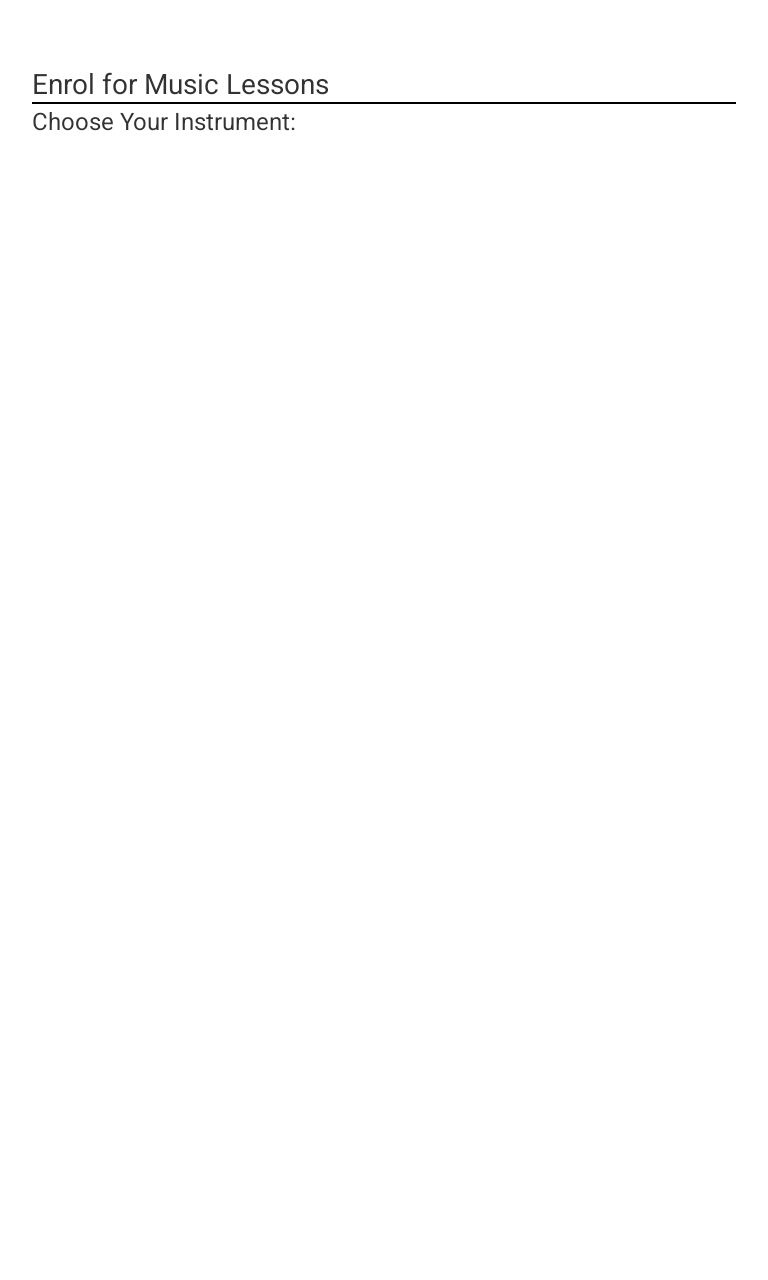
Repository: sam-stewart/in721
Layout: ComplexControls/res/layout/activity_main.xml
An editor plug-in stored every save of this project. The layout is shown before and after the next save, followed by the edit.
It is drawn on a 768 x 1280 px phone screen (xhdpi) without system bars, with theme AppTheme; the app's code is not run.

Above is the layout before, as saved 2015-03-04 08:40:57.

### ComplexControls/res/layout/activity_main.xml
<RelativeLayout xmlns:android="http://schemas.android.com/apk/res/android"
    xmlns:tools="http://schemas.android.com/tools"
    android:layout_width="match_parent"
    android:layout_height="match_parent"
    android:paddingBottom="@dimen/activity_vertical_margin"
    android:paddingLeft="@dimen/activity_horizontal_margin"
    android:paddingRight="@dimen/activity_horizontal_margin"
    android:paddingTop="@dimen/activity_vertical_margin"
    tools:context="bit.stewasc3.complexcontrols.MainActivity" >

    <TextView
        android:id="@+id/txtViewEnrol"
        android:layout_width="wrap_content"
        android:layout_height="wrap_content"
        android:layout_marginTop="16dp"
        android:text="Enrol for Music Lessons" />

    <View
        android:id="@+id/view1"
        android:layout_width="fill_parent"
        android:layout_height="1dp"
        android:layout_alignLeft="@+id/txtViewEnrol"
        android:layout_below="@+id/txtViewEnrol"
        android:background="#000000" />

    <TextView
        android:id="@+id/textView1"
        android:layout_width="wrap_content"
        android:layout_height="wrap_content"
        android:layout_below="@+id/view1"
        android:text="Choose Your Instrument:"
        android:textSize="12dp" />

</RelativeLayout>

Loaded but not shown: ComplexControls/res/values/styles.xml (common file); ComplexControls/res/values-v11/styles.xml (common file); ComplexControls/res/values-v14/styles.xml (common file); ComplexControls/res/values/dimens.xml (common file); ComplexControls/res/values-w820dp/dimens.xml (common file)

After the next save:
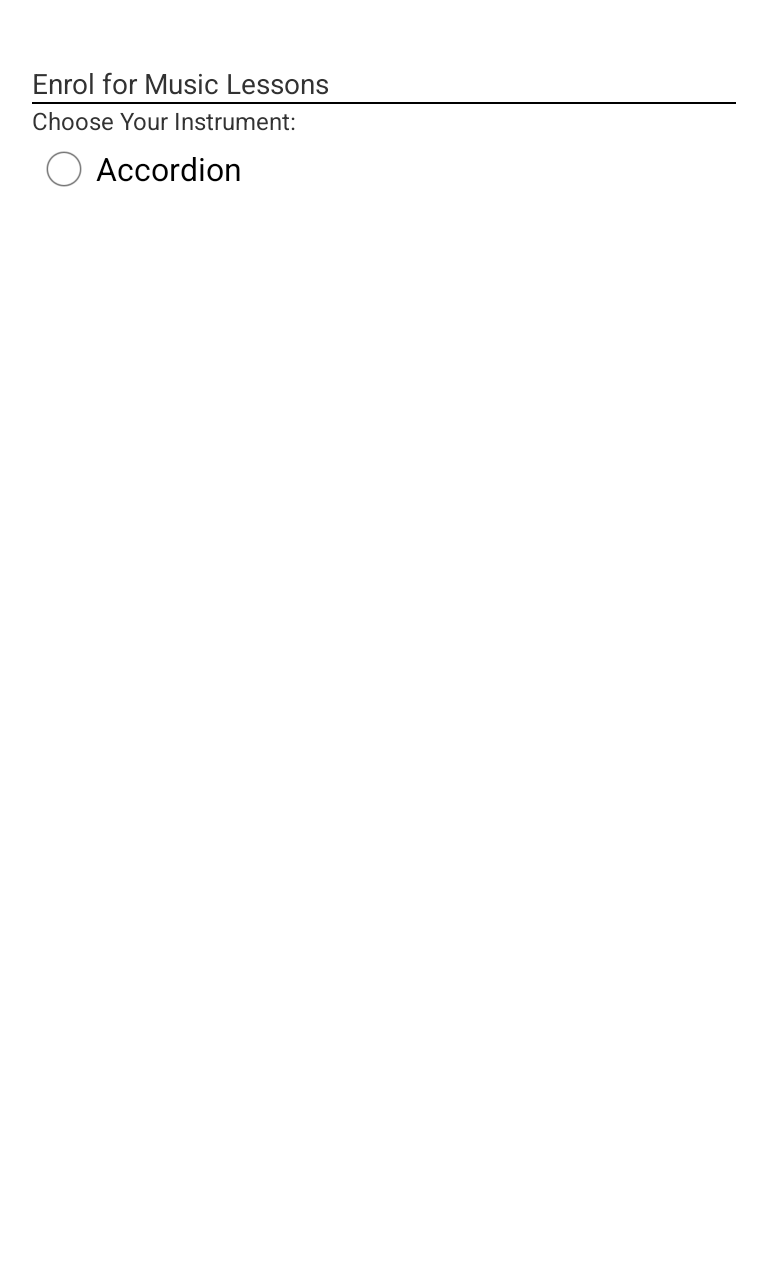
Saved 7 min 45 s later.
--- a/ComplexControls/res/layout/activity_main.xml
+++ b/ComplexControls/res/layout/activity_main.xml
@@ -31,4 +31,18 @@
         android:text="Choose Your Instrument:"
         android:textSize="12dp" />
 
+    <RadioGroup
+        android:layout_width="wrap_content"
+        android:layout_height="wrap_content"
+        android:layout_below="@+id/textView1"
+        android:id="@+id/instrumentRadio" >
+
+        <RadioButton
+            android:layout_width="wrap_content"
+            android:layout_height="wrap_content"
+            android:id="@+id/radBttnAccordion"
+            android:text="Accordion" />
+
+    </RadioGroup>
+
 </RelativeLayout>
